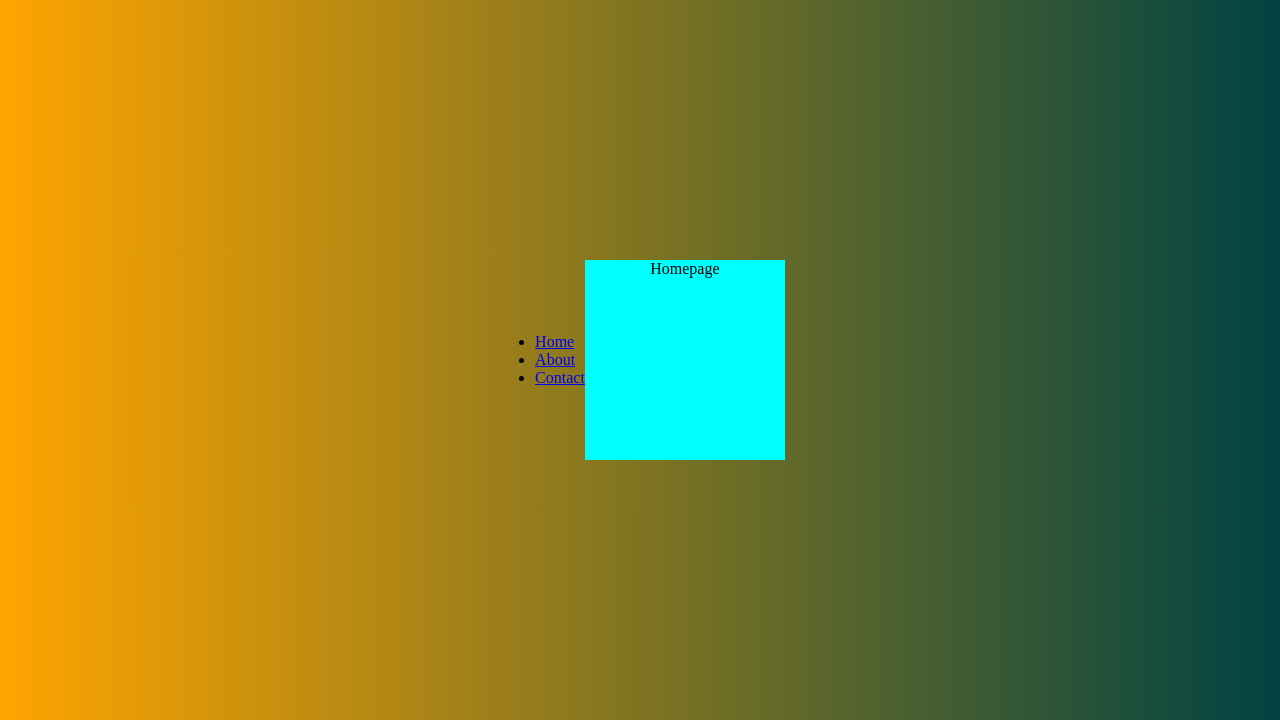
Repository: Alexandru-Morteanu/rodio
Page: /
The author's editor kept a copy of each file at every save. The page is drawn from the files as they stood at one save, then again after the next save.
The browser window is 1280 px wide. The pictures show the whole page.
The project was rebuilt for these pictures with package versions that can differ from the ones it lists, and the page was loaded fresh each time.

Above is the page before, as saved 2023-01-29 18:32:56.

### public/index.html
<!DOCTYPE html>
<html lang="en">
  <head>
    <meta charset="utf-8" />
    <meta name="viewport" content="width=device-width, initial-scale=1" />
    <meta name="theme-color" content="#000000" />

    <title>RODIO</title>
  </head>
  <body>
    <div id="root"></div>
  </body>
</html>

### src/index.css
body {
  background: linear-gradient(to right, orange, rgb(0, 67, 67));
  margin: 0;
  height: 100vh;
  display: flex;
  justify-content: center;
  align-items: center;
}

### src/App.js
import React from 'react';
import './App.css';
import Homepage from "./pages/Homepage.js";
import {
  BrowserRouter as Router,
  Routes,
  Route,
  Link
} from "react-router-dom";
function App() {
  return (
    <div className="App">
      <Router>
        <nav>
          <ul>
            <li>
              <Link to="/">Home</Link>
            </li>
            <li>
              <Link to="/about">About</Link>
            </li>
            <li>
              <Link to="/contact">Contact</Link>
            </li>
          </ul>
        </nav>
        <Routes>
          <Route exact path="/" element={<Homepage />} />
        </Routes>
      </Router>
    </div>
  );
}

export default App;

### src/App.css
.App{
  display: flex;
  justify-content: center;
  align-items: center;
}

### src/pages/Homepage.js
import React from 'react'
import "./Homepage.css"
function Homepage() {
  return (
    <div className='container'>Homepage</div>
  )
}

export default Homepage

### src/pages/Homepage.css
.container{
    height: 200px;
    width: 200px;
    background-color: aqua;
    text-align: center;
}

Loaded but not shown: src/index.js (common file)

After the next save:
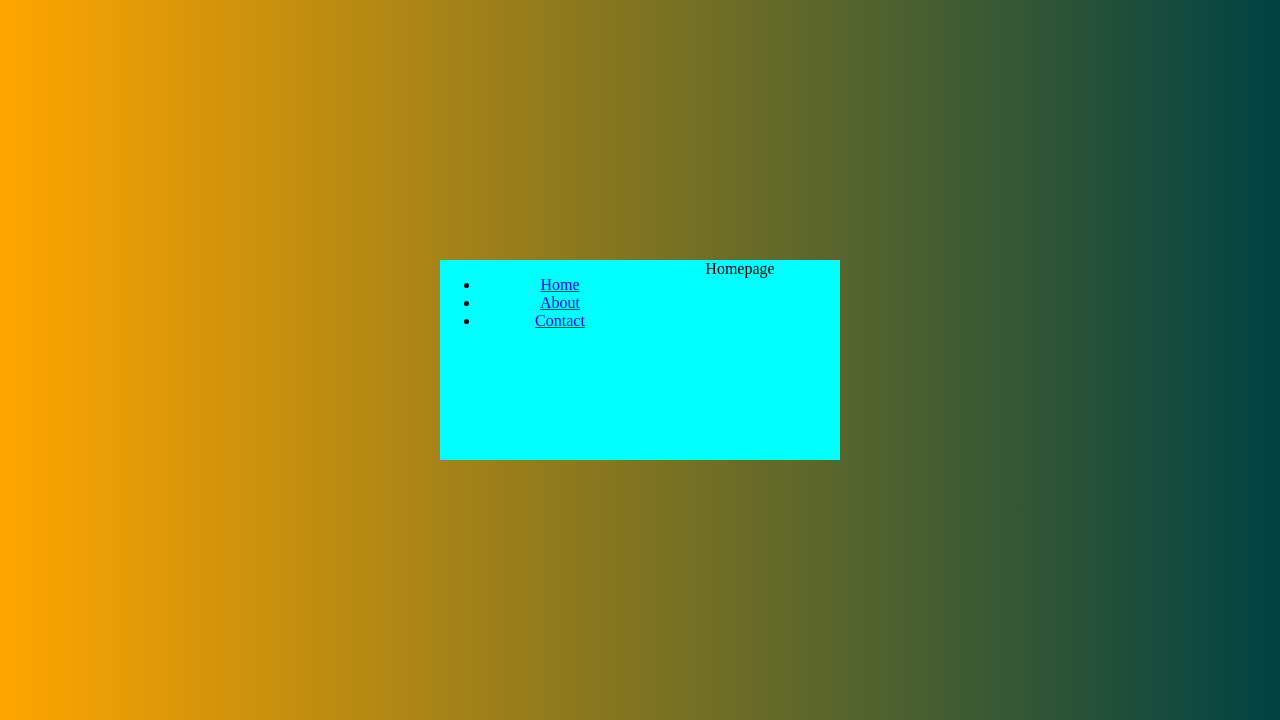
Saved 17 min 26 s later.
--- a/src/App.js
+++ b/src/App.js
@@ -11,19 +11,21 @@ function App() {
   return (
     <div className="App">
       <Router>
-        <nav>
-          <ul>
-            <li>
-              <Link to="/">Home</Link>
-            </li>
-            <li>
-              <Link to="/about">About</Link>
-            </li>
-            <li>
-              <Link to="/contact">Contact</Link>
-            </li>
-          </ul>
-        </nav>
+          <div className='container'>
+            <nav>
+              <ul>
+                <li>
+                  <Link to="/">Home</Link>
+                </li>
+                <li>
+                  <Link to="/about">About</Link>
+                </li>
+                <li>
+                  <Link to="/contact">Contact</Link>
+                </li>
+              </ul>
+            </nav>
+          </div>
         <Routes>
           <Route exact path="/" element={<Homepage />} />
         </Routes>
